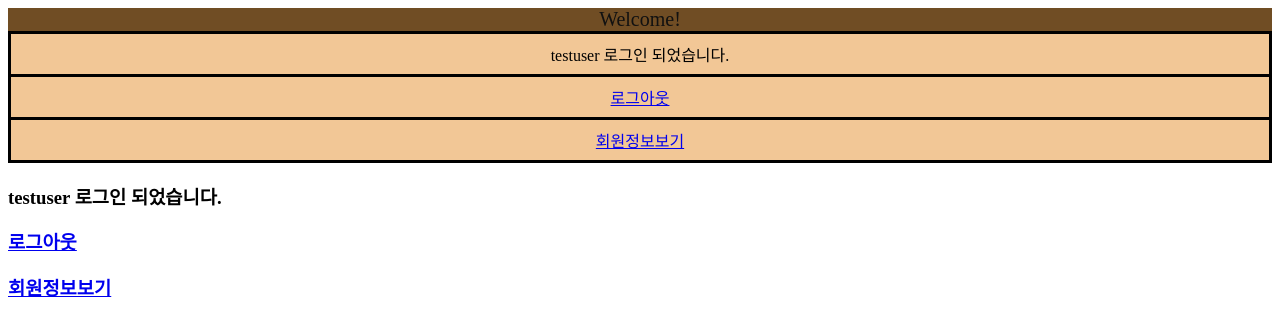
Repository: LucestDail/jdbcWorkspace
Page: http://localhost/jdbcProject/model1/member/main.jsp
These files come from the project's save history. The page is drawn as it stood at one moment and after the next save; the edit follows.
The browser window is 1280 px wide. The pictures show the whole page.
The page is served by Tomcat 9. The session is filled in as if someone had signed in: {"login": "testuser", "name": "Test User"}.

Above is the page before, as saved 2020-11-19 05:09:02.

After the next save:
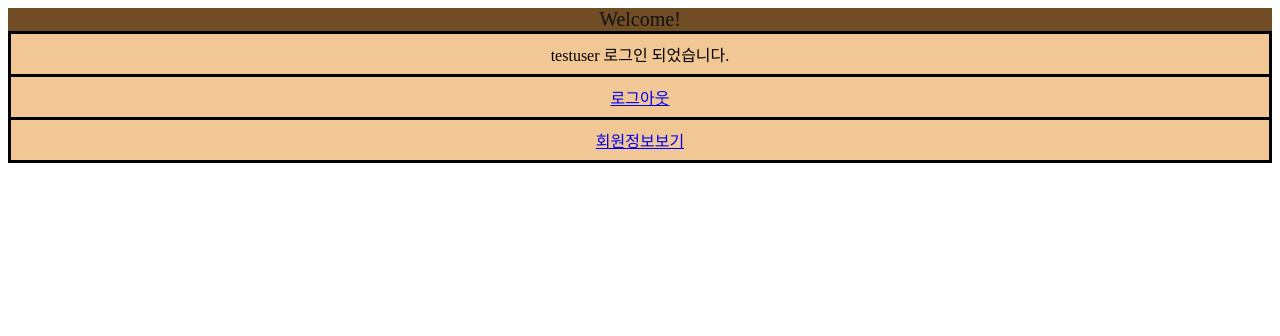
Saved 14 s later.
--- a/jdbcProject/WebContent/model1/member/main.jsp
+++ b/jdbcProject/WebContent/model1/member/main.jsp
@@ -32,12 +32,6 @@
 	</tr>
 	<% } %>
 </table>
-<h3><%=login %> 로그인 되었습니다.</h3>
-<h3><a href = "logout.jsp">로그아웃</a></h3>
-<h3><a href = "info.jsp?id=<%=login%>">회원정보보기</a></h3>
-<% if(login.equals("admin")){ %>
-<h3><a href = "list.jsp?id=<%=login%>"> 회원목록 보기</a></h3>
-<% } %>
 </body>
 </html>
 <% } else { %>
